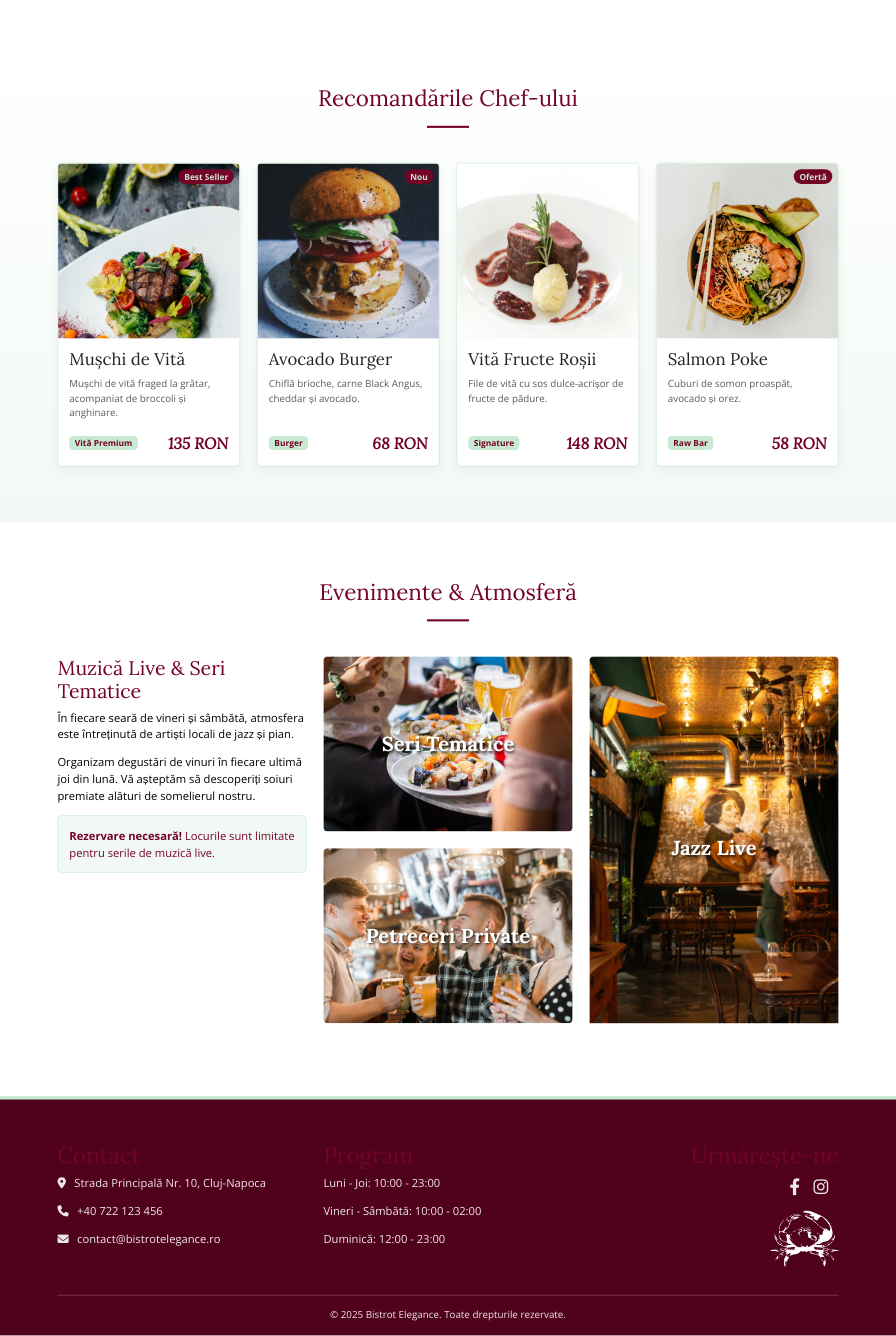
Repository: 912-Comsa-Teodora/bistrot-restaurant
Page: restaurant/index.html
These files come from the project's save history. The page is drawn as it stood at one moment and after the next save; the edit follows.
The browser window is 1280 px wide. The pictures show the part of the page from y = 1174 to 3094 px (the page is 3082 px tall before and 3094 px after), at 70% of full size.
A picture or video elsewhere on the page could not be fetched, so the positions and the page height are approximate.

Above is the page before, as saved 2026-01-18 17:10:19.

After the next save:
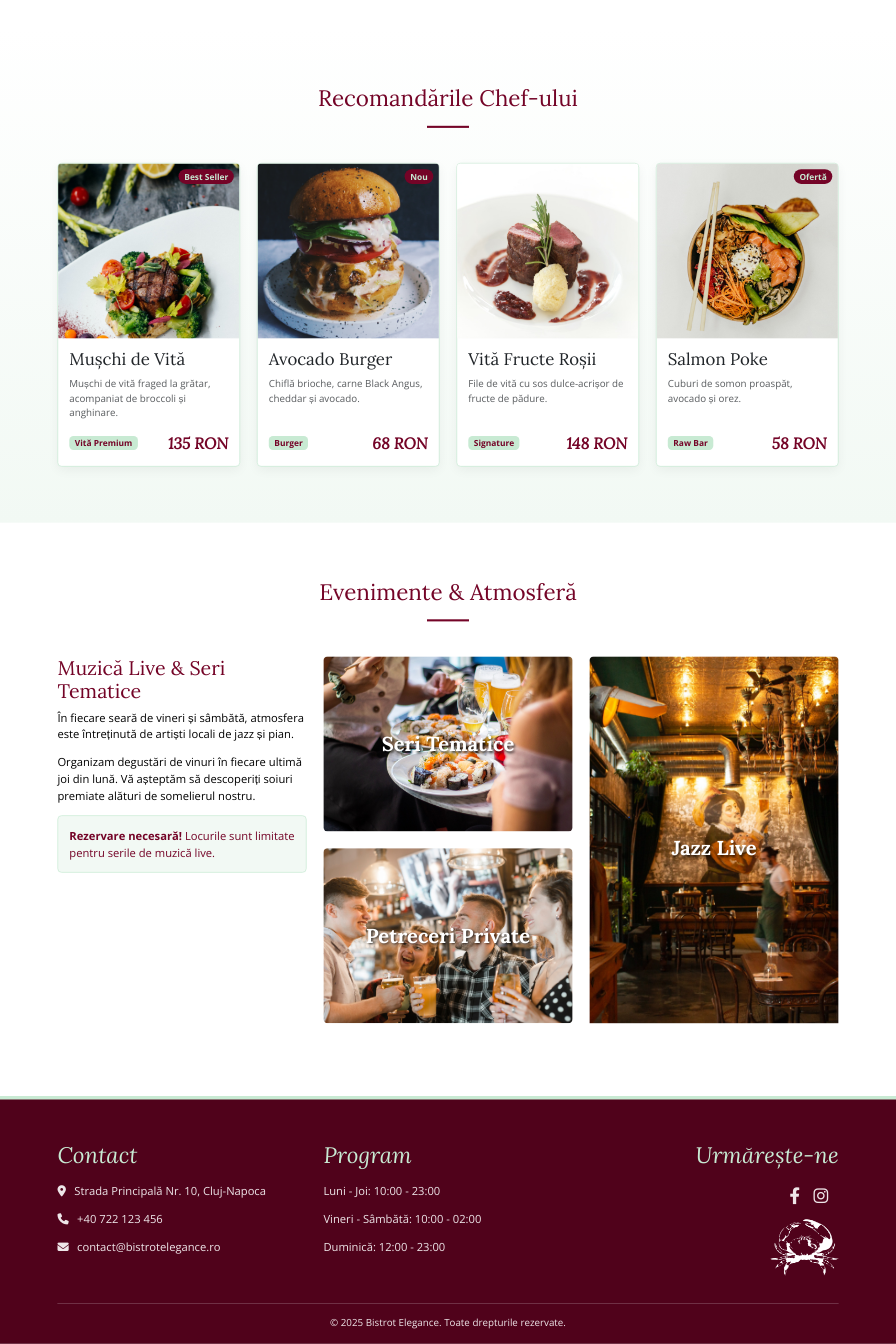
Saved 58 s later.
--- a/restaurant/index.html
+++ b/restaurant/index.html
@@ -196,7 +196,7 @@
             border-top: 5px solid var(--mint-color);
         }
 
-        footer h4 {
+        footer h2 {
             color: var(--mint-color);
             margin-bottom: 20px;
             font-style: italic;
